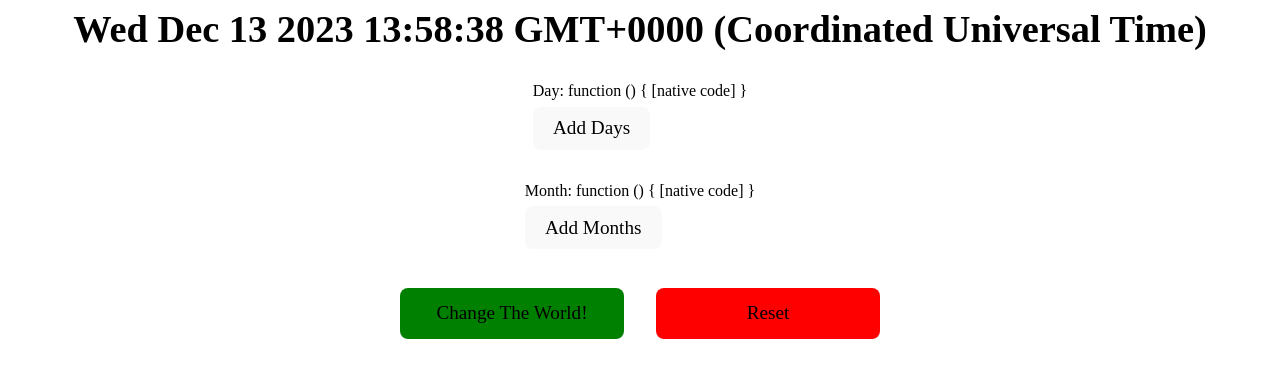
Repository: Tobby004/secondvue-assignment
Page: / (app in second-vue/)
The author's editor kept a copy of each file at every save. The page is drawn from the files as they stood at one save, then again after the next save.
The browser window is 1280 px wide. The pictures show the whole page.
The project was rebuilt for these pictures with package versions that can differ from the ones it lists, and the page was loaded fresh each time. Also part of the build but not shown: second-vue/vue.config.js.

Above is the page before, as saved 2023-12-13 14:20:14.

After the next save:
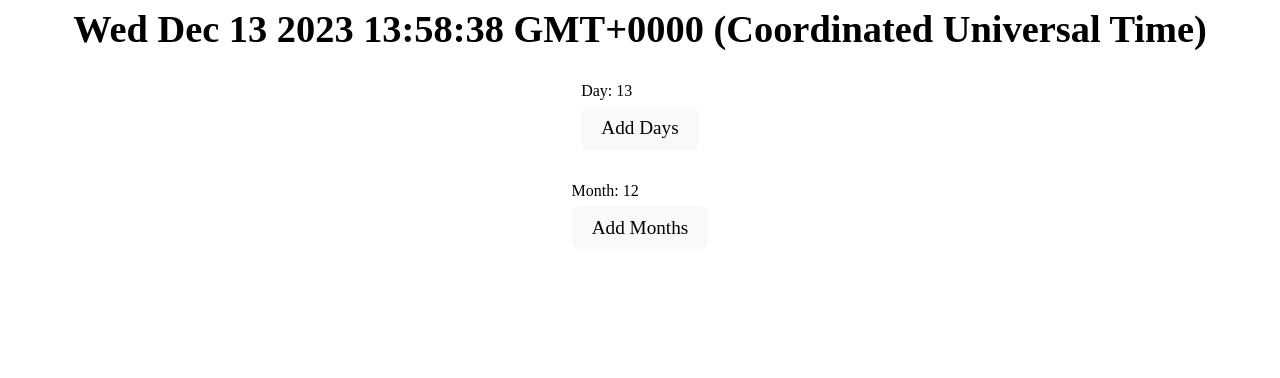
Saved 6 min 0 s later.
--- a/second-vue/src/App.vue
+++ b/second-vue/src/App.vue
@@ -1,10 +1,10 @@
-<template>
+<<template>
   <div class="app">
-    <h1>{{ newdate }}</h1>
+    <h1>{{ currentDate }}</h1>
 
     <div>
       <p>
-        Day: {{ newDay }}
+        Day: {{ currentDay }}
         <span v-if="addedDay > 0">
           <template v-if="addedDay === 1"> (+ {{ addedDay }} day)</template>
           <template v-else> (+ {{ addedDay }} days)</template>
@@ -15,7 +15,7 @@
 
     <div>
       <p>
-        Month: {{ newMonth }}
+        Month: {{ currentMonth }}
         <span v-if="addedMonth > 0">
           <template v-if="addedMonth === 1"> (+ {{ addedMonth }} month)</template>
           <template v-else> (+ {{ addedMonth }} months)</template>
@@ -24,12 +24,7 @@
       <button @click="handleAddedMonth">Add Months</button>
     </div>
 
-    <div class="action-btn">
-      <button @click="handleChangeDate" class="change-btn" title="Click to set new date">
-        Change The World!
-      </button>
-      <button @click="handleReset" class="reset-btn">Reset</button>
-    </div>
+    <!-- The rest of your component's template -->
   </div>
 </template>
 
@@ -37,20 +32,27 @@
 export default {
   data() {
     return {
-      date: new Date(),
+      currentDate: new Date(),
       addedDay: 0,
       addedMonth: 0,
-      newdate: new Date().toString(),
     };
   },
+  computed: {
+    currentDay() {
+      return this.addDay(this.addedDay).getDate();
+    },
+    currentMonth() {
+      return this.addMonth(this.addedMonth).getMonth() + 1;
+    },
+  },
   methods: {
-    addDay(numberOfDays, baseDate = this.date) {
-      const newDate = new Date(baseDate);
+    addDay(numberOfDays) {
+      const newDate = new Date(this.currentDate);
       newDate.setDate(newDate.getDate() + numberOfDays);
       return newDate;
     },
-    addMonth(numberOfMonths, baseDate = this.date) {
-      const newDate = new Date(baseDate);
+    addMonth(numberOfMonths) {
+      const newDate = new Date(this.currentDate);
       newDate.setMonth(newDate.getMonth() + numberOfMonths);
       return newDate;
     },
@@ -60,24 +62,10 @@
     handleAddedMonth() {
       this.addedMonth += 1;
     },
-    handleChangeDate() {
-      const resultDate = this.addMonth(this.addedMonth, this.addDay(this.addedDay));
-      this.newdate = resultDate.toString();
-    },
-    newMonth() {
-      return this.addMonth(this.addedMonth).getMonth() + 1;
-    },
-    newDay() {
-      return this.addDay(this.addedDay).getDate();
-    },
-    handleReset() {
-      this.newdate = this.date.toString();
-      this.addedDay = 0;
-      this.addedMonth = 0;
-    },
   },
 };
 </script>
+
 
 <style scoped>
 :root {

After the save that followed:
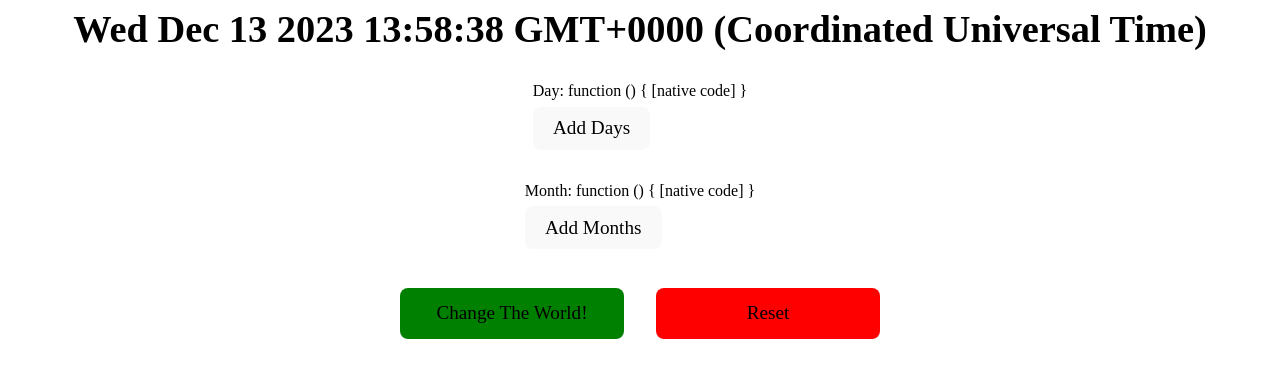
Saved 32 s later.
--- a/second-vue/src/App.vue
+++ b/second-vue/src/App.vue
@@ -1,10 +1,10 @@
-<<template>
+<template>
   <div class="app">
-    <h1>{{ currentDate }}</h1>
+    <h1>{{ newdate }}</h1>
 
     <div>
       <p>
-        Day: {{ currentDay }}
+        Day: {{ newDay }}
         <span v-if="addedDay > 0">
           <template v-if="addedDay === 1"> (+ {{ addedDay }} day)</template>
           <template v-else> (+ {{ addedDay }} days)</template>
@@ -15,7 +15,7 @@
 
     <div>
       <p>
-        Month: {{ currentMonth }}
+        Month: {{ newMonth }}
         <span v-if="addedMonth > 0">
           <template v-if="addedMonth === 1"> (+ {{ addedMonth }} month)</template>
           <template v-else> (+ {{ addedMonth }} months)</template>
@@ -24,7 +24,12 @@
       <button @click="handleAddedMonth">Add Months</button>
     </div>
 
-    <!-- The rest of your component's template -->
+    <div class="action-btn">
+      <button @click="handleChangeDate" class="change-btn" title="Click to set new date">
+        Change The World!
+      </button>
+      <button @click="handleReset" class="reset-btn">Reset</button>
+    </div>
   </div>
 </template>
 
@@ -32,27 +37,20 @@
 export default {
   data() {
     return {
-      currentDate: new Date(),
+      date: new Date(),
       addedDay: 0,
       addedMonth: 0,
+      newdate: new Date().toString(),
     };
   },
-  computed: {
-    currentDay() {
-      return this.addDay(this.addedDay).getDate();
-    },
-    currentMonth() {
-      return this.addMonth(this.addedMonth).getMonth() + 1;
-    },
-  },
   methods: {
-    addDay(numberOfDays) {
-      const newDate = new Date(this.currentDate);
+    addDay(numberOfDays, baseDate = this.date) {
+      const newDate = new Date(baseDate);
       newDate.setDate(newDate.getDate() + numberOfDays);
       return newDate;
     },
-    addMonth(numberOfMonths) {
-      const newDate = new Date(this.currentDate);
+    addMonth(numberOfMonths, baseDate = this.date) {
+      const newDate = new Date(baseDate);
       newDate.setMonth(newDate.getMonth() + numberOfMonths);
       return newDate;
     },
@@ -62,10 +60,24 @@
     handleAddedMonth() {
       this.addedMonth += 1;
     },
+    handleChangeDate() {
+      const resultDate = this.addMonth(this.addedMonth, this.addDay(this.addedDay));
+      this.newdate = resultDate.toString();
+    },
+    newMonth() {
+      return this.addMonth(this.addedMonth).getMonth() + 1;
+    },
+    newDay() {
+      return this.addDay(this.addedDay).getDate();
+    },
+    handleReset() {
+      this.newdate = this.date.toString();
+      this.addedDay = 0;
+      this.addedMonth = 0;
+    },
   },
 };
 </script>
-
 
 <style scoped>
 :root {
